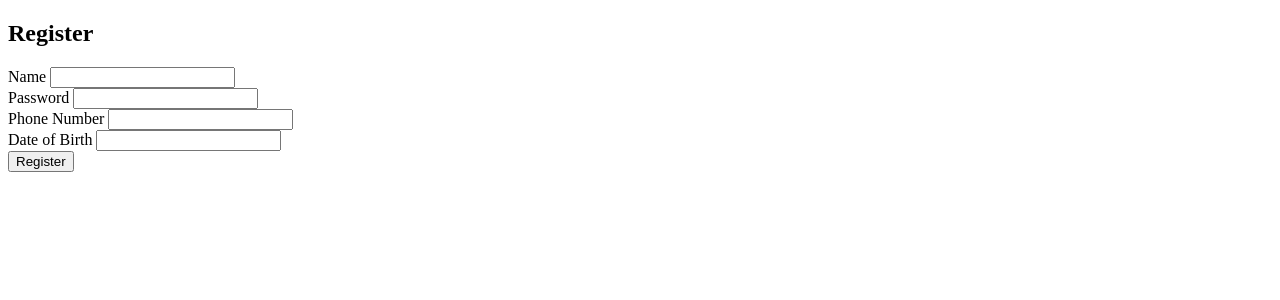
Repository: abkc727/handson-assignments
Page: http://localhost/contact-app/register.jsp
An editor plug-in stored every save of this project. The page is shown before and after the next save, followed by the edit.
The browser window is 1280 px wide. The pictures show the whole page.
The page is served by Tomcat 9. Other server files are loaded and not shown.

Above is the page before, as saved 2020-10-01 05:05:57.

### Day 13 - CONTACT-APP/contact-app/WebContent/register.jsp
<%@ page language="java" contentType="text/html; charset=ISO-8859-1"
    pageEncoding="ISO-8859-1"%>
<!DOCTYPE html>
<html>
<head>
<meta charset="ISO-8859-1">
<title>Insert title here</title>
</head>
<body>
	<h2>Register</h2>
	<form action = "RegisterServlet" method = "post">
			<label>
				Name <input type = "text" name = "name">
			</label>
			<br />
			<label>
				Password <input type = "text" name ="pw">
			</label>
			<br />
			<label>
				Phone Number <input type = "text" name = "phone">
			</label>
			<br />
			<label>
				Date of Birth <input type = "text" name = "dob">
			</label>
			<br />

			<input type = "submit" value = "Register">



	</form>

</body>
</html>

After the next save:
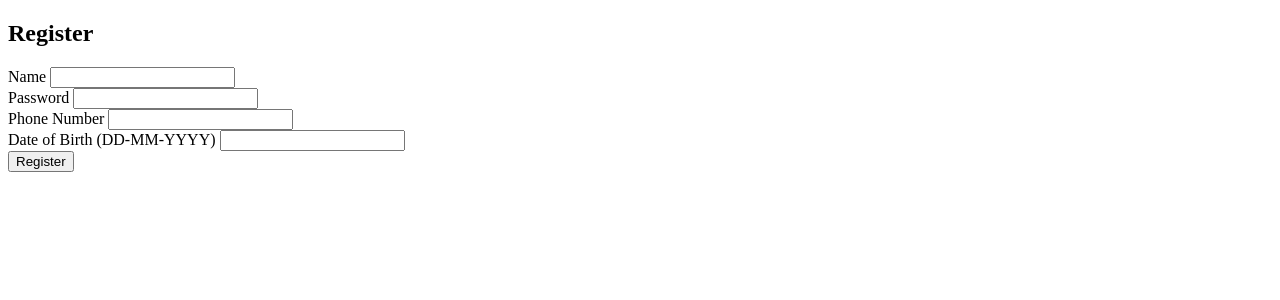
Saved 16 s later.
--- a/Day 13 - CONTACT-APP/contact-app/WebContent/register.jsp
+++ b/Day 13 - CONTACT-APP/contact-app/WebContent/register.jsp
@@ -22,7 +22,7 @@
 			</label>
 			<br />
 			<label>
-				Date of Birth <input type = "text" name = "dob">
+				Date of Birth (DD-MM-YYYY) <input type = "text" name = "dob">
 			</label>
 			<br />
 
